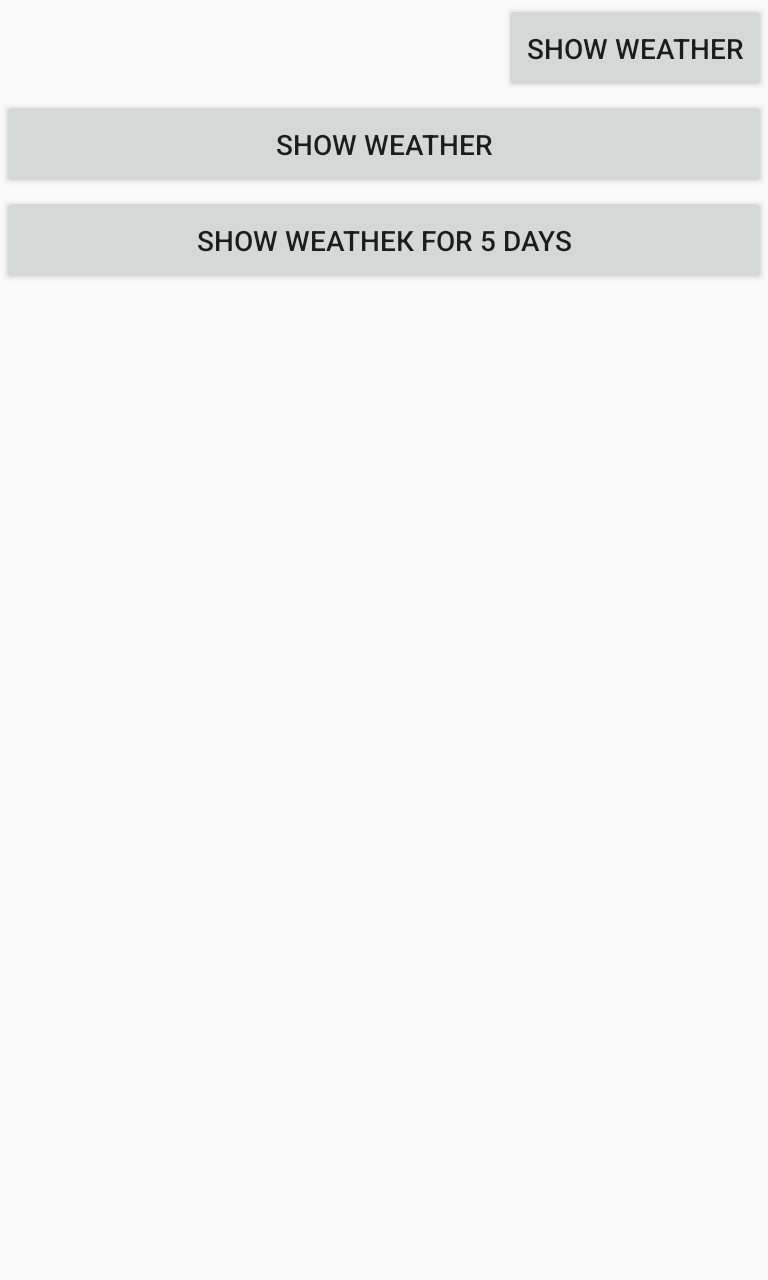
Repository: alexWr/weather-app
Layout: OpenWeatherT/res/layout/main.xml
These files come from the project's save history. The layout is drawn as it stood at one moment and after the next save; the edit follows.
It is drawn on a 768 x 1280 px phone screen (xhdpi) without system bars, with theme AppTheme; the app's code is not run.

Above is the layout before, as saved 2014-10-16 09:57:15.

### OpenWeatherT/res/layout/main.xml
<?xml version="1.0" encoding="utf-8"?>
<LinearLayout xmlns:android="http://schemas.android.com/apk/res/android"
    android:layout_width="fill_parent"
    android:layout_height="fill_parent"
    android:orientation="vertical"     >
   <Button
		android:layout_width="wrap_content"
		android:layout_height="wrap_content"
		android:layout_gravity="right"
		android:text="Show weather"
		android:id="@+id/btnEnter"/>
    <Button
		android:layout_width="match_parent"
		android:layout_height="wrap_content"
		android:layout_gravity="center"
		android:text="Show weather"
		android:id="@+id/btnSend"/>
    <Button
		android:layout_width="match_parent"
		android:layout_height="wrap_content"
		android:layout_gravity="center"
		android:text="Show weatheк for 5 days"
		android:id="@+id/btnSend2"/>
	<TextView
        android:layout_width="wrap_content"
        android:layout_height="wrap_content"
        android:layout_gravity="center"
        android:id="@+id/tvTemp"/>
	<TextView
        android:layout_width="wrap_content"
        android:layout_height="wrap_content"
        android:layout_gravity="center"
        android:id="@+id/tvWeather"/>
</LinearLayout>

Loaded but not shown: OpenWeatherT/res/values/styles.xml (common file); OpenWeatherT/res/values-v11/styles.xml (common file); OpenWeatherT/res/values-v14/styles.xml (common file)

After the next save:
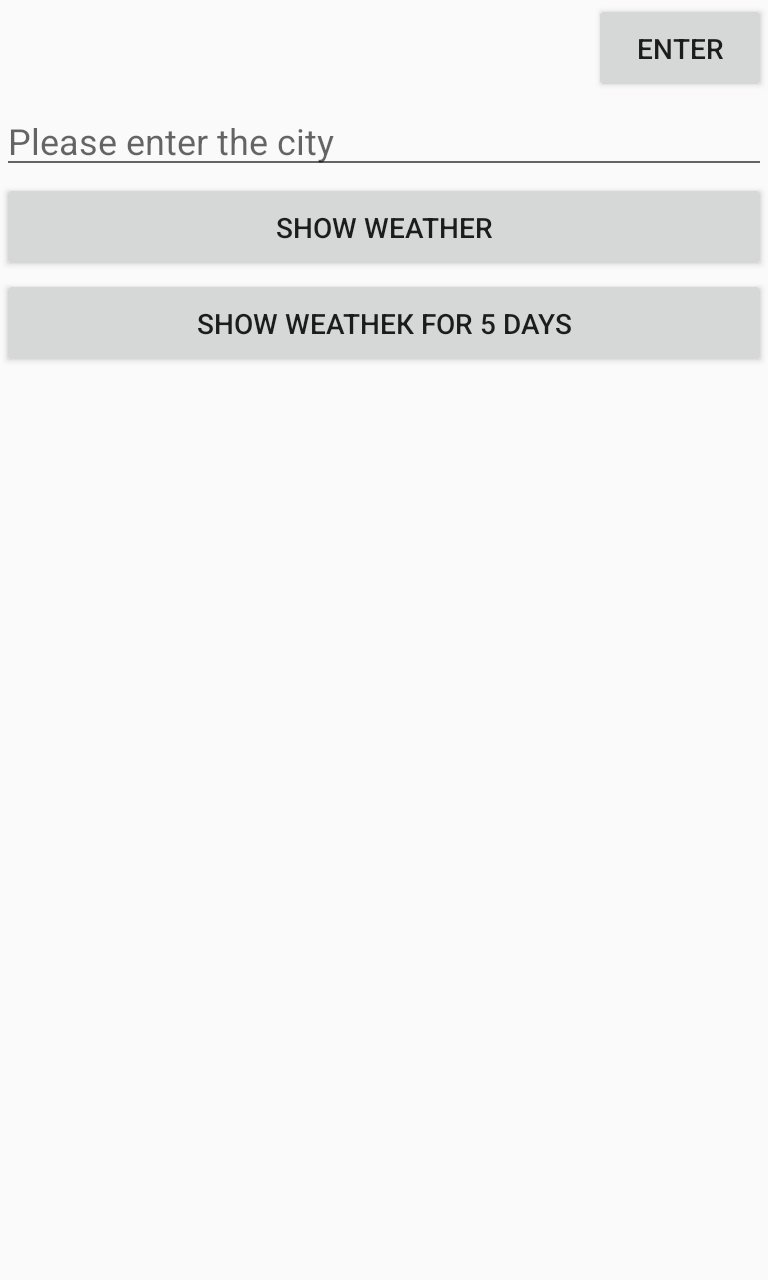
Saved 2 min 57 s later.
--- a/OpenWeatherT/res/layout/main.xml
+++ b/OpenWeatherT/res/layout/main.xml
@@ -3,12 +3,19 @@
     android:layout_width="fill_parent"
     android:layout_height="fill_parent"
     android:orientation="vertical"     >
-   <Button
+    <Button
 		android:layout_width="wrap_content"
 		android:layout_height="wrap_content"
 		android:layout_gravity="right"
-		android:text="Show weather"
+		android:text="Enter"
 		android:id="@+id/btnEnter"/>
+    <EditText
+		android:layout_width="match_parent"
+	    android:layout_height="wrap_content"
+	    android:layout_gravity="center"
+	    android:hint="Please enter the city"
+		android:id="@+id/etCity"
+		/>
     <Button
 		android:layout_width="match_parent"
 		android:layout_height="wrap_content"
